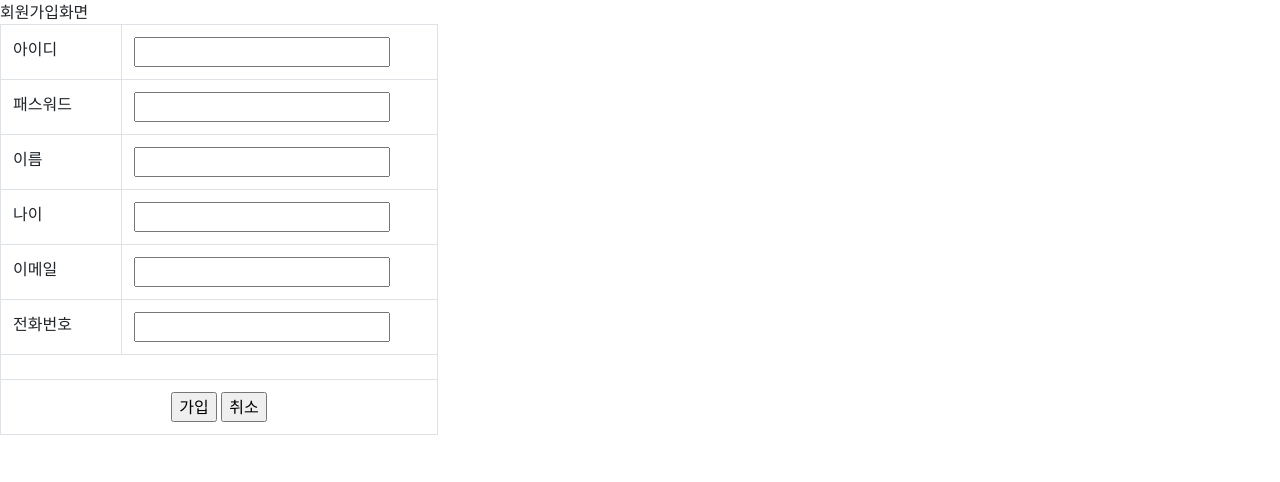
Repository: eastzi/workspace.edu
Page: MVC01/src/main/webapp/member/memberRegister.html
The author's editor kept a copy of each file at every save. The page is drawn from the files as they stood at one save, then again after the next save.
The browser window is 1280 px wide. The pictures show the whole page.

Above is the page before, as saved 2022-10-13 02:39:56.

### MVC01/src/main/webapp/member/memberRegister.html
<!DOCTYPE html>
<html>
<head>
<meta charset="UTF-8">
<title>Insert title here</title>
<meta name="viewport" content="width=device-width, initial-scale=1">
<link rel="stylesheet" href="https://cdn.jsdelivr.net/npm/bootstrap@4.6.1/dist/css/bootstrap.min.css">
<script src="https://cdn.jsdelivr.net/npm/jquery@3.6.0/dist/jquery.slim.min.js"></script>
<script src="https://cdn.jsdelivr.net/npm/popper.js@1.16.1/dist/umd/popper.min.js"></script>
<script src="https://cdn.jsdelivr.net/npm/bootstrap@4.6.1/dist/js/bootstrap.bundle.min.js"></script>
</head>
<body>
회원가입화면
<form action="memberInsert.do" method="post">
<table class="tg table table-bordered" style="table-layout: fixed; width: 437px">
<colgroup>
<col style="width: 121px">
<col style="width: 316px">
</colgroup>
  <tr>
    <td class="tg-0lax">아이디</td>
    <!-- input의 name은 form 태그 속 파라메터 -> memberVO와 DB 속 컬럼명과 통일하기  -->
    <td class="tg-0lax"><input type="text" name="id"/></td>
  </tr>
  <tr>
    <td class="tg-0lax">패스워드</td>
    <td class="tg-0lax"><input type="password" name="pass"/></td>
  </tr>
  <tr>
    <td class="tg-0lax">이름</td>
    <td class="tg-0lax"><input type="text" name="name"/></td>
  </tr>
  <tr>
    <td class="tg-0lax">나이</td>
    <td class="tg-0lax"><input type="text" name="age"/></td>
  </tr>
  <tr>
    <td class="tg-0lax">이메일</td>
    <td class="tg-0lax"><input type="text" name="email"/></td>
  </tr>
  <tr>
    <td class="tg-0lax">전화번호</td>
    <td class="tg-0lax"><input type="text" name="phone"/></td>
  </tr>
  <tr>
    <td class="tg-0lax" colspan="2"></td>
  </tr>
  <tr>
    <td colspan="2" align="center">
      <input type="submit" value="가입" />
      <input type="reset" value="취소" />
    </td>
  </tr>
</table>
</form>
</body>
</html>

After the next save:
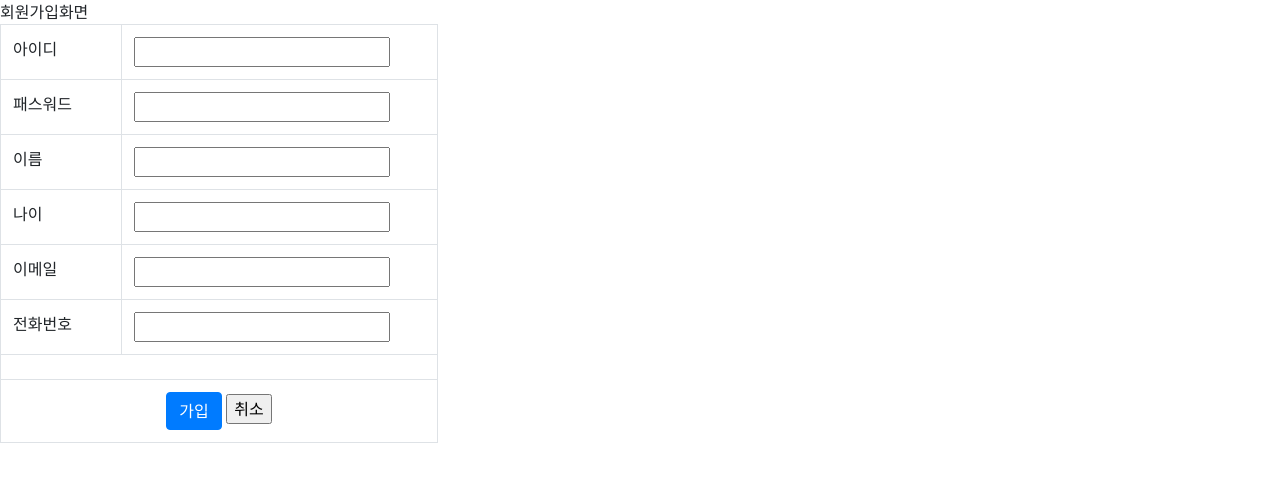
Saved 24 s later.
--- a/MVC01/src/main/webapp/member/memberRegister.html
+++ b/MVC01/src/main/webapp/member/memberRegister.html
@@ -47,7 +47,7 @@
   </tr>
   <tr>
     <td colspan="2" align="center">
-      <input type="submit" value="가입" />
+      <input type="submit" value="가입" class="btn btn-primary"/>
       <input type="reset" value="취소" />
     </td>
   </tr>
